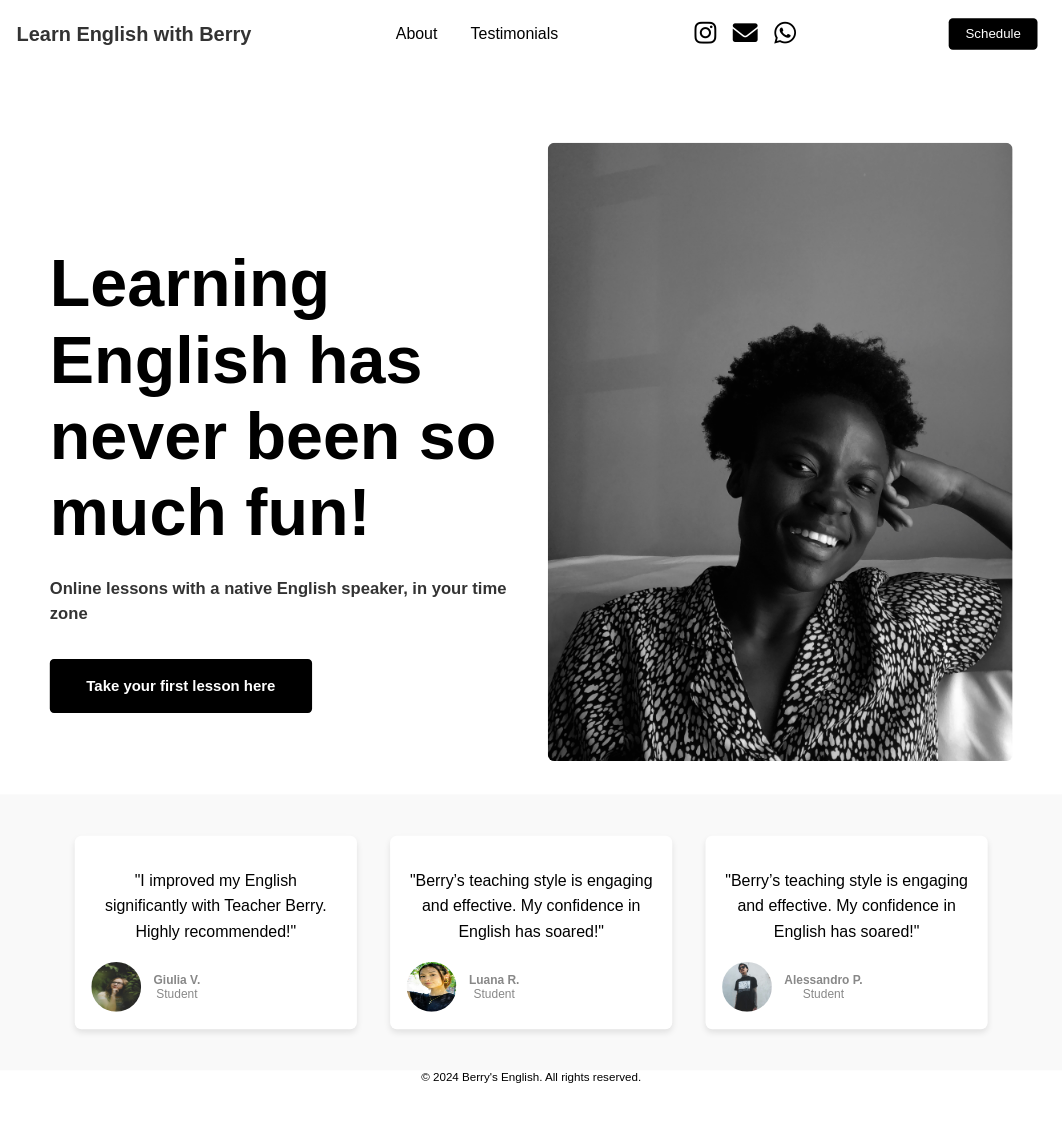
Repository: ntandomagana/esl-landing-page
Page: index.html
An editor plug-in stored every save of this project. The page is shown before and after a run of saves, followed by the edit.
The browser window is 1280 px wide. The pictures show the whole page, at 83% of full size.

Above is the page before, as saved 2024-07-17 14:36:51.

After the next 5 saves:
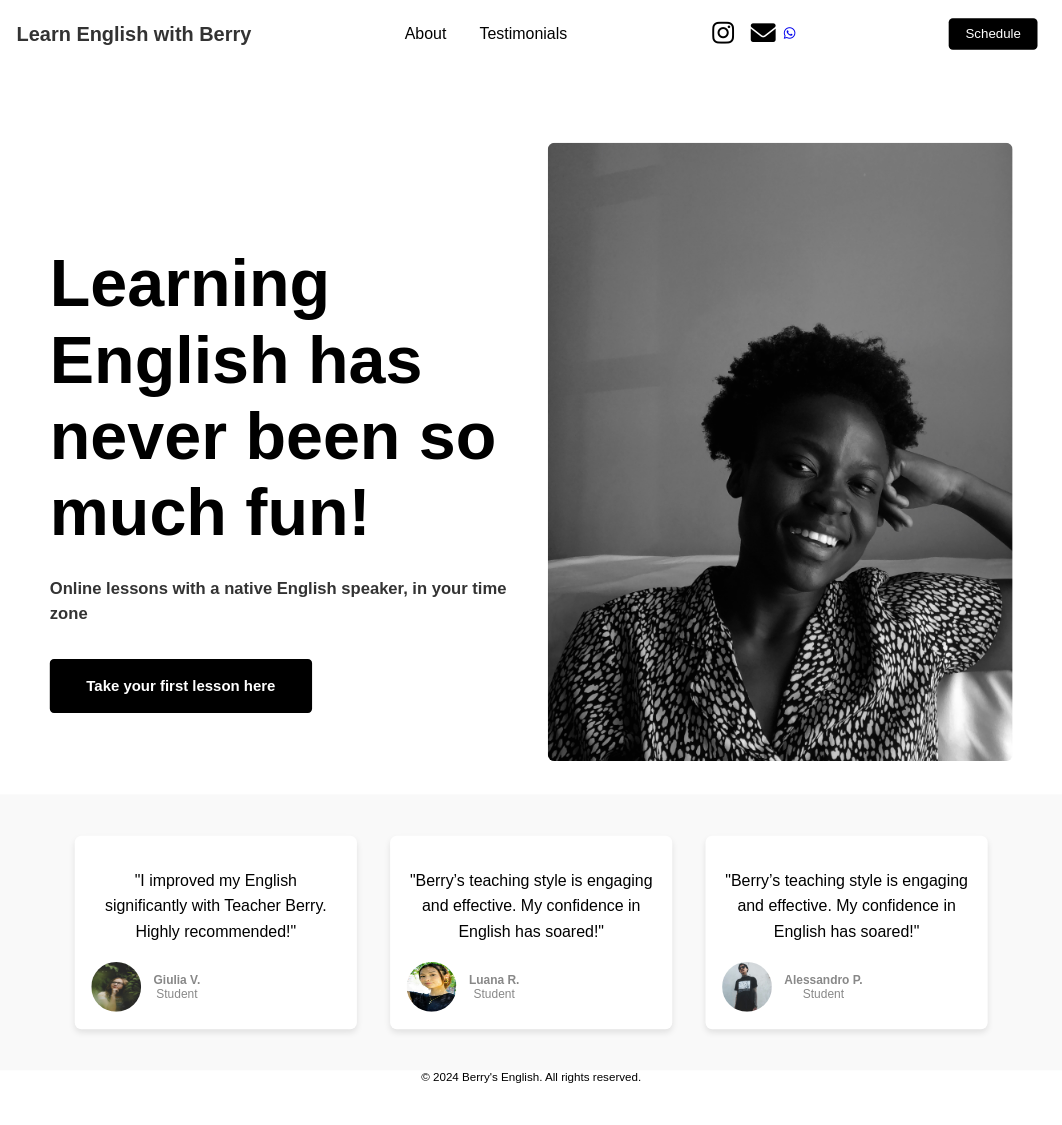
The 5 saves are shown as one change because they came seconds apart.
The last was saved 19 s later.
--- a/index.html
+++ b/index.html
@@ -24,7 +24,7 @@
             <div class="social-links">
                 <a href="https://www.instagram.com/ntandoblack" class="social-link"><i class="fab fa-instagram"></i></a>
                 <a href="mailto:ntandomagana@gmail.com" class="social-link"><i class="fas fa-envelope"></i></a>
-                <a href="https://wa.me/0784063434"class="social-link"><i class="fab fa-whatsapp"></i></a>
+                <a href="https://wa.me/0784063434" target="_blank" ="social-link"><i class="fab fa-whatsapp"></i></a>
             </div>
             <a href="#contact" class="schedule-button">Schedule</a>
         </div>
